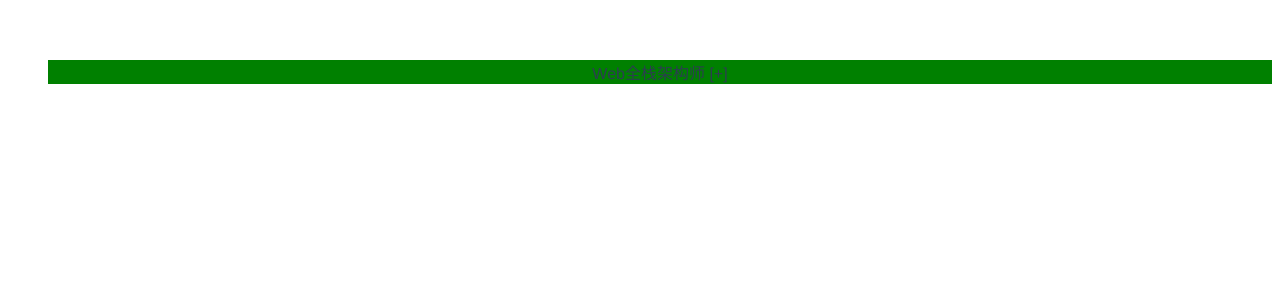
Repository: lxl0302/ClassBegin_-sound_code
Page: /
An editor plug-in stored every save of this project. The page is shown before and after the next save, followed by the edit.
The browser window is 1280 px wide. The pictures show the whole page.
The project was rebuilt for these pictures with package versions that can differ from the ones it lists, and the page was loaded fresh each time.

Above is the page before, as saved 2020-07-08 14:55:05.

### src/main.js
import Vue from 'vue'
import App from './App.vue'
import create from './utils/create'

Vue.config.productionTip = false

Vue.prototype.$create =create

new Vue({
  render: h => h(App),
}).$mount('#app')

### src/App.vue
<template>
  <div id="app">
    <HelloWorld />
  </div>
</template>

<script>
import HelloWorld from './tree/index'

export default {
  name: 'App',
  components: {
    HelloWorld
  }
}
</script>

<style>
#app {
  font-family: Avenir, Helvetica, Arial, sans-serif;
  -webkit-font-smoothing: antialiased;
  -moz-osx-font-smoothing: grayscale;
  text-align: center;
  color: #2c3e50;
  margin-top: 60px;
}
</style>

### src/utils/create.js
import Vue from 'vue';

export default function create(Component, props) {
  // 先创建实例
  const vm = new Vue({
    render(h) {
      // h就是createElement, 它返回VNode
      return h(Component, {props})
    }
  }).$mount();
  // 手动挂在dom 创建实例后 会有与实例对应的实体dom
  document.body.appendChild(vm.$el)
  // 销毁方法
  const comp = vm.$children[0];
  comp.remove = function() {
    document.body.removeChild(vm.$el); // 移除实体dom
    vm.$destroy() // 销毁实例
  }
  return comp
}

### src/tree/index.vue
<template>
  <div>
    <ul>
      <item class="item" :model="treeData"></item>
    </ul>
  </div>
</template>

<script>
import Item from "./Item";
export default {
  name: "index",
  components: { Item },
  data() {
    return {
      treeData: {
        title: "Web全栈架构师",
        children: [
          {
            title: "Java架构师"
          },
          {
            title: "JS高级",
            children: [
              {
                title: "ES6"
              },
              {
                title: "动效"
              }
            ]
          },
          {
            title: "Web全栈",
            children: [
              {
                title: "Vue训练营",
                expand: true,
                children: [
                  {
                    title: "组件化"
                  },
                  {
                    title: "源码"
                  },
                  {
                    title: "docker部署"
                  }
                ]
              },
              {
                title: "React",
                children: [
                  {
                    title: "JSX"
                  },
                  {
                    title: "虚拟DOM"
                  }
                ]
              },
              {
                title: "Node"
              }
            ]
          }
        ]
      }
    };
  }
};
</script>

<style lang="scss" scoped>
</style>

### src/tree/Item.vue
<template>
  <div class="item-class">
    <!-- <li> -->
    <div @click="toggle">
      {{model.title}}
      <span v-if="isFolder">[{{open ? '-' : '+'}}]</span>
    </div>
    <ul v-show="open" v-if="isFolder" class="ul-class">
      <item class="item" v-for="model in model.children" :model="model" :key="model.title"></item>
    </ul>
  <!-- </li> -->
  </div>
</template>

<script>
export default {
  name: "Item",
  props: {
    model: {
      type: Object,
      required: true
    }
  },
  data() {
    return {
      open: false
    };
  },
  computed: {
    isFolder() {
      return this.model.children && this.model.children.length;
    }
  },
  methods: {
    toggle() {
      if (this.isFolder) {
        this.open = !this.open;
      }
    }
  }
};
</script>
<style scoped>
.item-class {
  list-style: none;
  background-color: green;
}
.ul-class{
  background-color: yellow;
}
</style>

Loaded but not shown: public/index.html (common file)

After the next save:
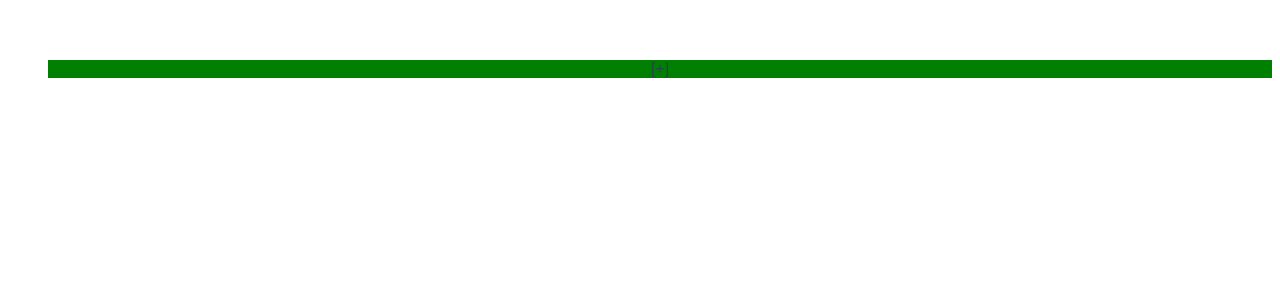
Saved 41 s later.
--- a/src/tree/Item.vue
+++ b/src/tree/Item.vue
@@ -2,7 +2,7 @@
   <div class="item-class">
     <!-- <li> -->
     <div @click="toggle">
-      {{model.title}}
+      <!-- {{model.title}} -->
       <span v-if="isFolder">[{{open ? '-' : '+'}}]</span>
     </div>
     <ul v-show="open" v-if="isFolder" class="ul-class">

After the save that followed:
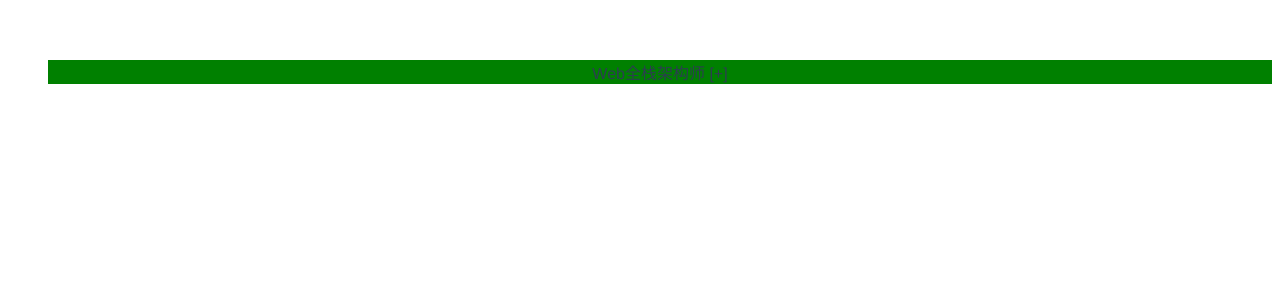
Saved 9 s later.
--- a/src/tree/Item.vue
+++ b/src/tree/Item.vue
@@ -2,7 +2,7 @@
   <div class="item-class">
     <!-- <li> -->
     <div @click="toggle">
-      <!-- {{model.title}} -->
+      {{model.title}}
       <span v-if="isFolder">[{{open ? '-' : '+'}}]</span>
     </div>
     <ul v-show="open" v-if="isFolder" class="ul-class">
